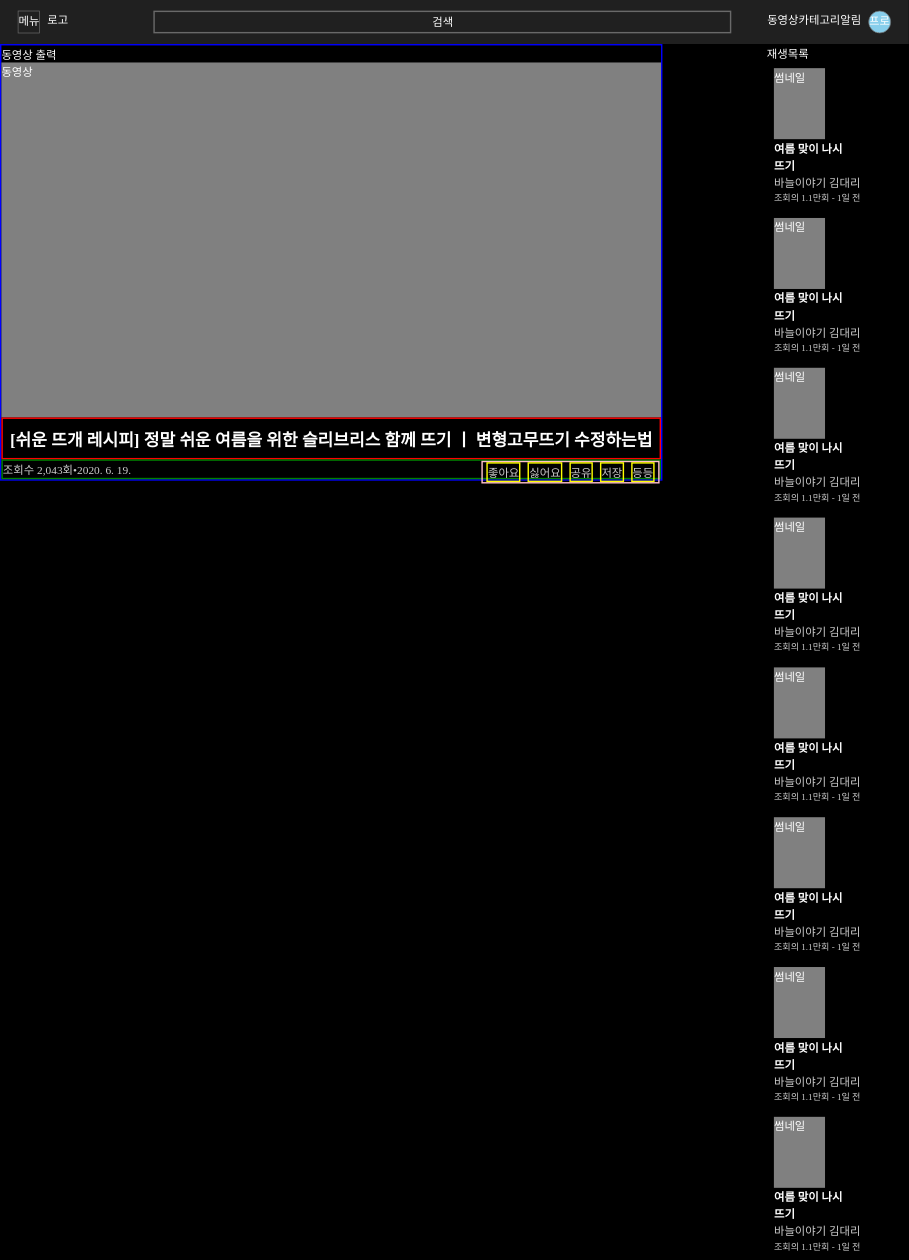
Repository: roseline0912/LikeLion
Page: YouTube_Clone/youtube.html
The author's editor kept a record of every edit. The page is drawn from the files as they stood at one moment, then again after the next edit.
The browser window is 1280 px wide. The pictures show the whole page, at 71% of full size.

Above is the page before.

After the next edit:
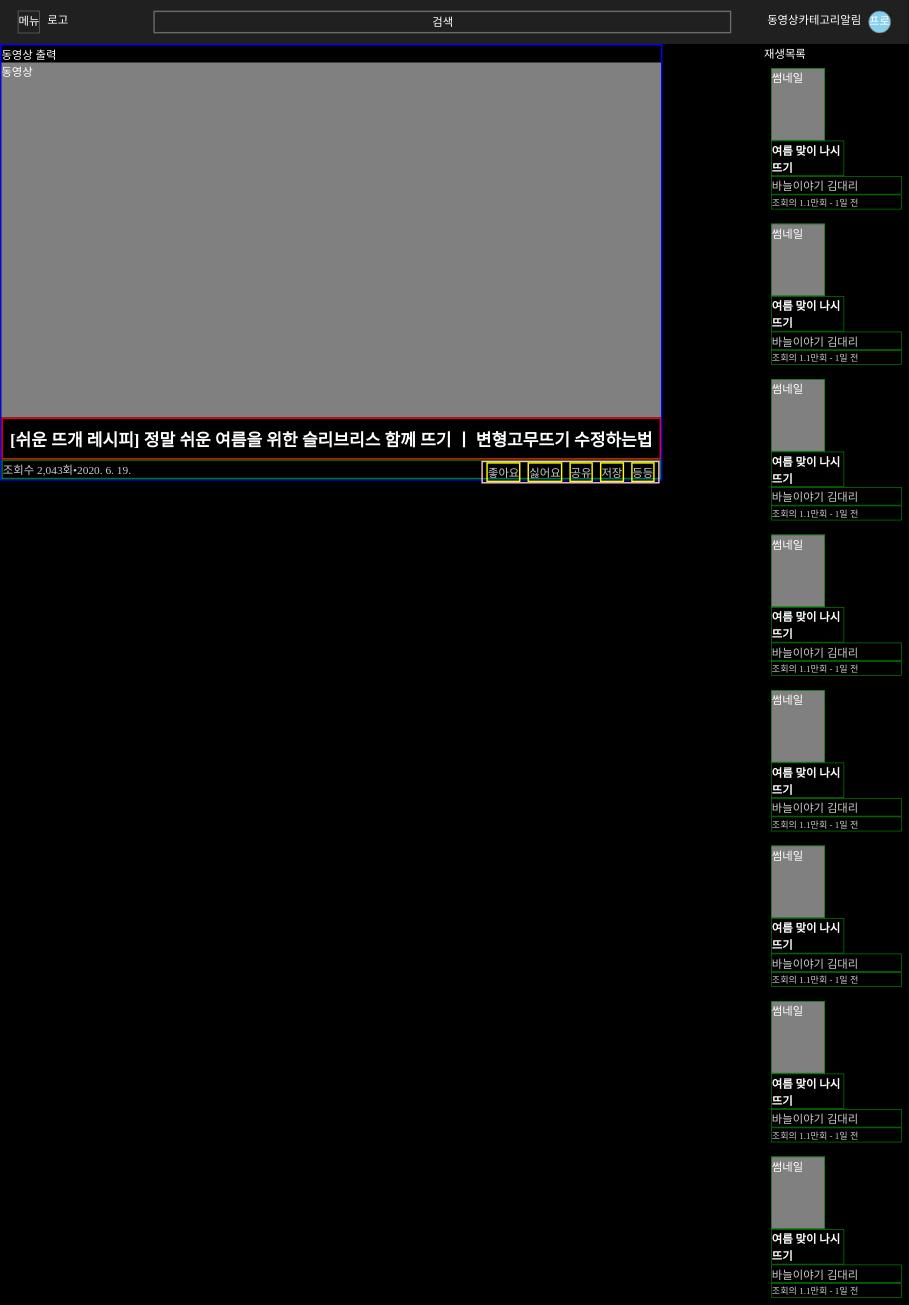
The edit:
--- a/YouTube_Clone/youtube.css
+++ b/YouTube_Clone/youtube.css
@@ -92,7 +92,7 @@
     border:2px solid yellow;
 }
 
-.list_item div {
+.list-item div {
     border:green 1px solid;  /*임시 border를 만들어서 보기편하게 해줍니다.*/
 }
 .list-item{
